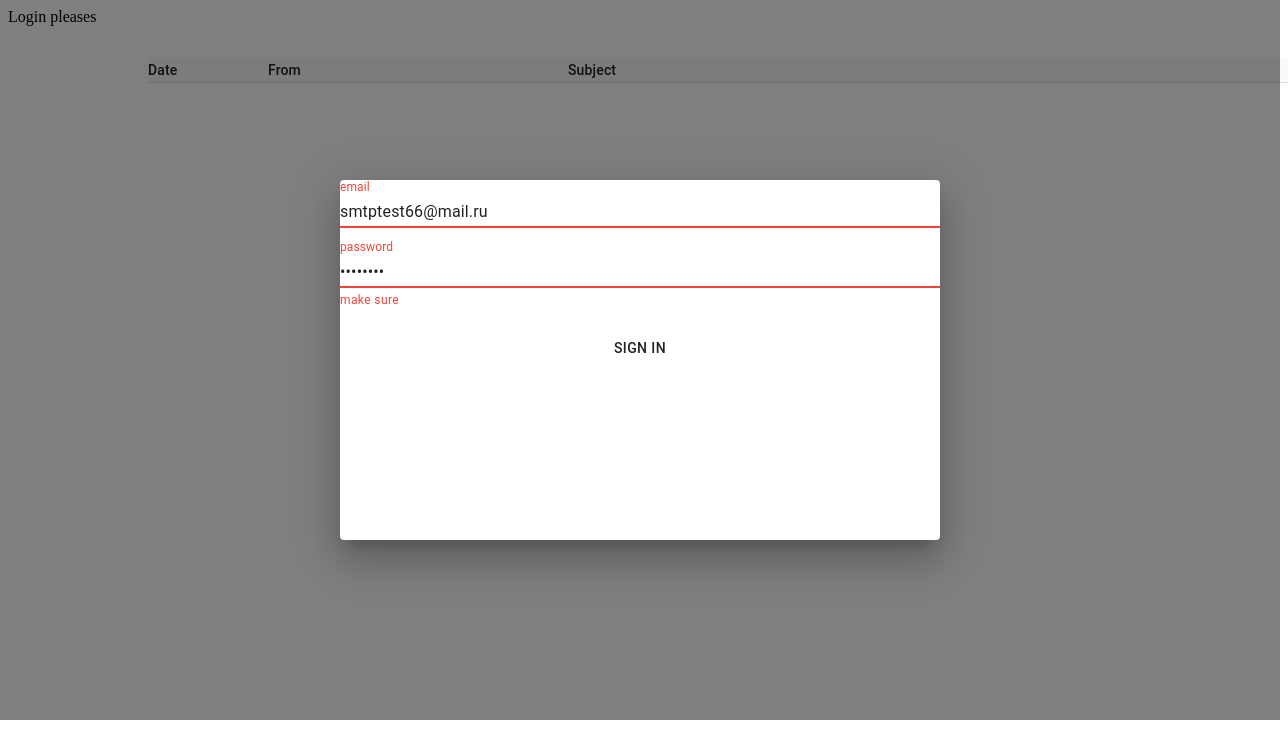
Repository: atakhanovrodion/mailclient
Page: / (app in client/)
An editor plug-in stored every save of this project. The page is shown before and after the next save, followed by the edit.
The browser window is 1280 px wide. The page is 1288 px wide, so the pictures cover 1288 px, including what lies to the right of the window. The pictures show the whole page.
The project was rebuilt for these pictures with package versions that can differ from the ones it lists, and the page was loaded fresh each time. Also part of the build but not shown: client/webpack.config.js.

Above is the page before, as saved 2021-03-16 10:19:46.

### client/src/index.html
<!DOCTYPE html>
<html lang="en">
  <head>
    <title>MAILCLIENT</title>
  </head>
  <body>
    <div id="root"></div>
  </body>
</html>

### client/src/main.tsx
import * as React from "react";
import * as ReactDOM from "react-dom";

//import "normalize.css";
import "./css/main.css";

import BaseLayout from "./components/BaseLayout";

const baseComponent = ReactDOM.render(
  <BaseLayout />,
  document.getElementById("root")
);

### client/src/css/main.css
.appContainer {
  display: grid;
  grid-template-columns: 140px 1fr;
  grid-template-rows: 50px 1fr;
  width: 100vw;
  height: 100vh;
}
.header {
  grid-column: 1 / 3;
}

.listOfMailboxes {
  grid-column: 1 / 2;
  grid-row: 2 / 2;
}

.loginForm {
  display: grid;
  grid-template-columns: 200px 1f;
  grid-template-rows: 60px 90px 1fr;
}

### client/src/components/BaseLayout.tsx
import * as React from "react";
import Login from "./Login";
import * as api from "../api";
import Header from "./Header";
import ListOfMailboxes from "./ListOfMailboxes";
import ListOfMessages from "./ListOfMessages";
import WaitView from "./WaitView";
type MyState = {
  isAuth: false;
  loginEmail: string;
  loginPassword: string;
  currenEmail: string;
  currentPassword: string;
  listOfMailboxes: api.IMailbox[];
  listOfMessages: api.IMessage[];
  currentHost: string;
  currentMailboxList: [];
  currentMessageBody: string;
  currentMailbox: string;
  waitState: boolean;
};

class BaseLayout extends React.Component {
  constructor(props: any) {
    super(props);
    this.handleInput = this.handleInput.bind(this);
    this.tryAuth = this.tryAuth.bind(this);
    this.signOut = this.signOut.bind(this);
    this.getMailbox = this.getMailbox.bind(this);
    this.getMessage = this.getMessage.bind(this);
  }
  state: MyState = {
    isAuth: false,
    loginEmail: "smtptest66@mail.ru",
    loginPassword: "imap1488",
    currenEmail: "undefined",
    currentPassword: "",
    listOfMailboxes: [],
    listOfMessages: [],
    currentHost: "",
    currentMailboxList: [],
    currentMessageBody: "",
    currentMailbox: "INBOx",
    waitState: false,
  };
  render() {
    return (
      <div>
        <Login
          onSubmit={this.tryAuth}
          onChange={this.handleInput}
          isOpen={this.state.isAuth}
          user={this.state.loginEmail}
          pass={this.state.loginPassword}
        />
        <WaitView state={this.state.waitState} />

        <div className="appContainer">
          <div className="header">
            <Header
              onClick={this.signOut}
              currentEmail={this.state.currenEmail}
              isAuth={this.state.isAuth}
            />
          </div>
          <div className="listOfMailboxes">
            <ListOfMailboxes
              mailboxes={this.state.listOfMailboxes}
              onClick={this.getMailbox}
            />
          </div>
          <div className="centerArea">
            {" "}
            <ListOfMessages
              messages={this.state.listOfMessages}
              onClick={this.getMessage}
            />
            {this.state.currentMessageBody}{" "}
          </div>
        </div>
      </div>
    );
  }

  handleInput(e: any): void {
    const target: string = e.target.id;
    this.setState({ [target]: e.target.value });
  }

  async tryAuth(): Promise<void> {
    let domain: string = findDomain(this.state.loginEmail);
    const info: api.IAuthInfo = {
      user: this.state.loginEmail,
      password: this.state.loginPassword,
      host: "imap." + domain,
      port: 993,
    };
    this.setState({
      waitState: true,
    });
    const apiWorker = new api.Worker();
    if ((await apiWorker.tryAuth(info)) == "succes") {
      const data = {
        loginEmail: "",
        loginPassword: "",
        isAuth: true,
        currenEmail: this.state.loginEmail,
        currentPassword: this.state.loginPassword,
        currentHost: domain,
      };
      this.setState(data);
      console.log(this.state);
      this.getListOfMailboxes();
      //TODO
      this.getMailbox("INBOx");
    }
    this.setState({ loginEmail: "", loginPassword: "", waitState: false });
  }

  async getListOfMailboxes(): Promise<void> {
    this.setState({
      waitState: true,
    });
    const apiWorker = new api.Worker();
    const mailboxes = await apiWorker.listOfMailboxes();
    this.setState({ listOfMailboxes: mailboxes, waitState: false });
  }

  async getMailbox(path: string): Promise<void> {
    this.setState({
      waitState: true,
    });
    const apiWorker: api.Worker = new api.Worker();
    const messages: api.IMessage[] = await apiWorker.getMailbox(path);
    this.setState({
      listOfMessages: messages,
      currentMailbox: path,
      waitState: false,
    });
    console.log(this.state);
  }

  async getMessage(message: api.IMessage): Promise<void> {
    this.setState({
      waitState: true,
    });
    const apiWorker: api.Worker = new api.Worker();
    const messageBody: string = await apiWorker.getMessage(
      this.state.currentMailbox,
      message.id.toString()
    );
    this.setState({
      currentMessageBody: messageBody,
      waitState: false,
    });
  }

  signOut(): void {
    this.setState({
      isAuth: false,
      listOfMailboxes: [],
      listOfMessages: [],
    });
  }
}
export default BaseLayout;

//TODO
//email validation
function findDomain(address: string): string {
  let i = 0;
  let domain = "";
  while (i < address.length) {
    if (address[i] == "@") {
      if (address[i + 1]) {
        let j = i + 1;
        while (j < address.length) {
          domain += address[j];
          j++;
        }
      }
    }
    i++;
  }
  return domain;
}

### client/src/components/Login.tsx
import React from "react";
import { withStyles } from "@material-ui/styles";
import Dialog from "@material-ui/core/Dialog";
import TextField from "@material-ui/core/TextField";
import Button from "@material-ui/core/Button";

type Props = {
  onSubmit: any;
  onChange: any;
  isOpen: boolean;
  user: string;
  pass: string;
  classes: any;
};

const styles = {
  dialogPaper: {
    minHeight: "50vh",
    maxHeight: "80vh",
  },
};

const Login: React.FC<Props> = ({
  onSubmit,
  onChange,
  isOpen,
  user,
  pass,
  classes,
}) => {
  return (
    <Dialog
      open={!isOpen}
      disableBackdropClick={true}
      disableEscapeKeyDown={true}
      fullWidth={true}
      classes={{ paper: classes.dialogPaper }}
    >
      <form className="loginForm">
        <TextField
          id="loginEmail"
          onChange={onChange}
          label="email"
          value={user}
          error={true}
        />
        <TextField
          id="loginPassword"
          onChange={onChange}
          label="password"
          type="password"
          value={pass}
          error={true}
          helperText={"make sure "}
        />
        <Button onClick={onSubmit}>Sign in</Button>
      </form>
    </Dialog>
  );
};

export default withStyles(styles)(Login);

### client/src/api.ts
import axios, { AxiosResponse } from "axios";

export interface IAuthInfo {
  host: string;
  port: number;
  user: string;
  password: string;
}
export interface IMailbox {
  name: string;
  path: string;
}
export interface IMessage {
  id: number;
  from: string;
  subject: string;
  date: string;
  body?: string;
}

export class Worker {
  public async tryAuth(info: IAuthInfo): Promise<string> {
    const response: AxiosResponse = await axios.post(
      "http://localhost:3001/auth",
      info
    );
    return response.data;
  }
  public async listOfMailboxes(): Promise<IMailbox[]> {
    const response: AxiosResponse = await axios.get(
      "http://localhost:3001/mailboxes"
    );
    return response.data;
  }
  public async getMailbox(mailbox: string): Promise<IMessage[]> {
    const response: AxiosResponse = await axios.get(
      `http://localhost:3001/mailboxes/${mailbox}`
    );
    return response.data;
  }
  public async getMessage(mailbox: string, id: string): Promise<string> {
    const response: AxiosResponse = await axios.get(
      `http://localhost:3001/mailboxes/${mailbox}/${id}`
    );
    return response.data;
  }
}

### client/src/components/Header.tsx
import React from "react";
import Button from "@material-ui/core/Button";
type Props = {
  onClick: any;
  currentEmail: string;
  isAuth: boolean;
};

const Header: React.FC<Props> = ({ onClick, currentEmail, isAuth }) => {
  return (
    <div>
      {isAuth == true ? (
        <div>
          Your email:{currentEmail}
          <Button onClick={onClick}>Sign out</Button>
        </div>
      ) : (
        <div>Login pleases </div>
      )}
    </div>
  );
};
export default Header;

### client/src/components/ListOfMailboxes.tsx
import React from "react";
import { IMailbox } from "../api";
import Chip from "@material-ui/core/Chip";
import List from "@material-ui/core/List";
type Props = {
  mailboxes: IMailbox[];
  onClick: any;
};

const listOfMailboxes: React.FC<Props> = ({ mailboxes, onClick }) => {
  return (
    <List>
      {mailboxes.map((value) => {
        return (
          <Chip
            onClick={() => {
              onClick(value.path);
            }}
            label={`${value.name}`}
          />
        );
      })}
    </List>
  );
};
export default listOfMailboxes;

### client/src/components/ListOfMessages.tsx
import React from "react";
import { IMessage } from "../api";

import Table from "@material-ui/core/Table";
import TableBody from "@material-ui/core/TableBody";
import TableCell from "@material-ui/core/TableCell";
import TableHead from "@material-ui/core/TableHead";
import TableRow from "@material-ui/core/TableRow";

type Props = {
  messages: IMessage[];
  onClick: any;
};

const ListOfMessages: React.FC<Props> = ({ messages, onClick }) => (
  <Table stickyHeader padding="none">
    <TableHead>
      <TableRow>
        <TableCell style={{ width: 120 }}>Date</TableCell>
        <TableCell style={{ width: 300 }}>From</TableCell>
        <TableCell>Subject</TableCell>
      </TableRow>
    </TableHead>
    <TableBody>
      {messages.map((message) => (
        <TableRow
          onClick={() => {
            onClick(message);
          }}
          key={message.id}
        >
          <TableCell>{new Date(message.date).toLocaleDateString()}</TableCell>
          <TableCell>{message.from}</TableCell>
          <TableCell>{message.subject}</TableCell>
        </TableRow>
      ))}
    </TableBody>
  </Table>
); /* Mailboxes. */

export default ListOfMessages;

### client/src/components/WaitView.tsx
import React from "react";

import Dialog from "@material-ui/core/Dialog";
import DialogContent from "@material-ui/core/DialogContent";
import DialogContentText from "@material-ui/core/DialogContentText";

type Props = {
  state: boolean;
};

const WaitView: React.FC<Props> = ({ state }) => {
  return (
    <Dialog
      open={state}
      disableBackdropClick={true}
      disableEscapeKeyDown={true}
      transitionDuration={0}
    >
      <DialogContent>
        <DialogContentText>Please wait...</DialogContentText>
      </DialogContent>
    </Dialog>
  );
};

export default WaitView;

After the next save:
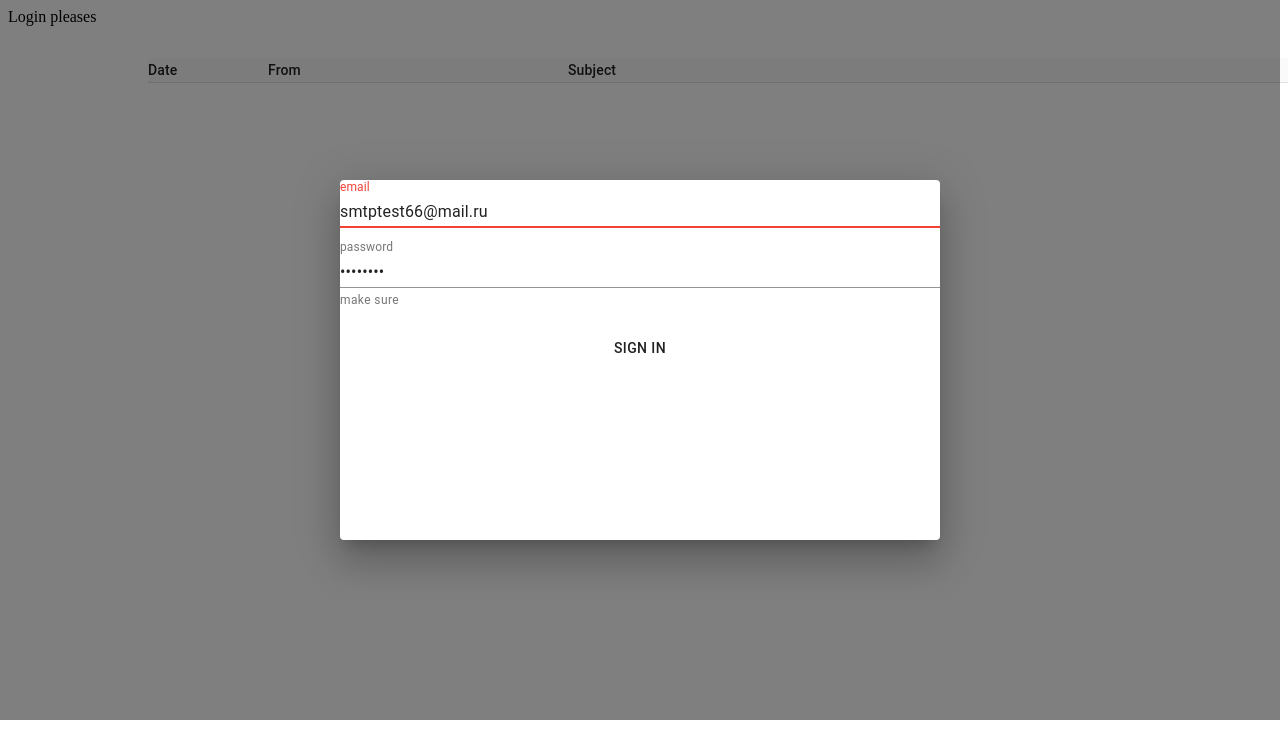
Saved 15 s later.
--- a/client/src/components/Login.tsx
+++ b/client/src/components/Login.tsx
@@ -50,7 +50,7 @@
           label="password"
           type="password"
           value={pass}
-          error={true}
+          error={false}
           helperText={"make sure "}
         />
         <Button onClick={onSubmit}>Sign in</Button>

After the 4 saves that followed:
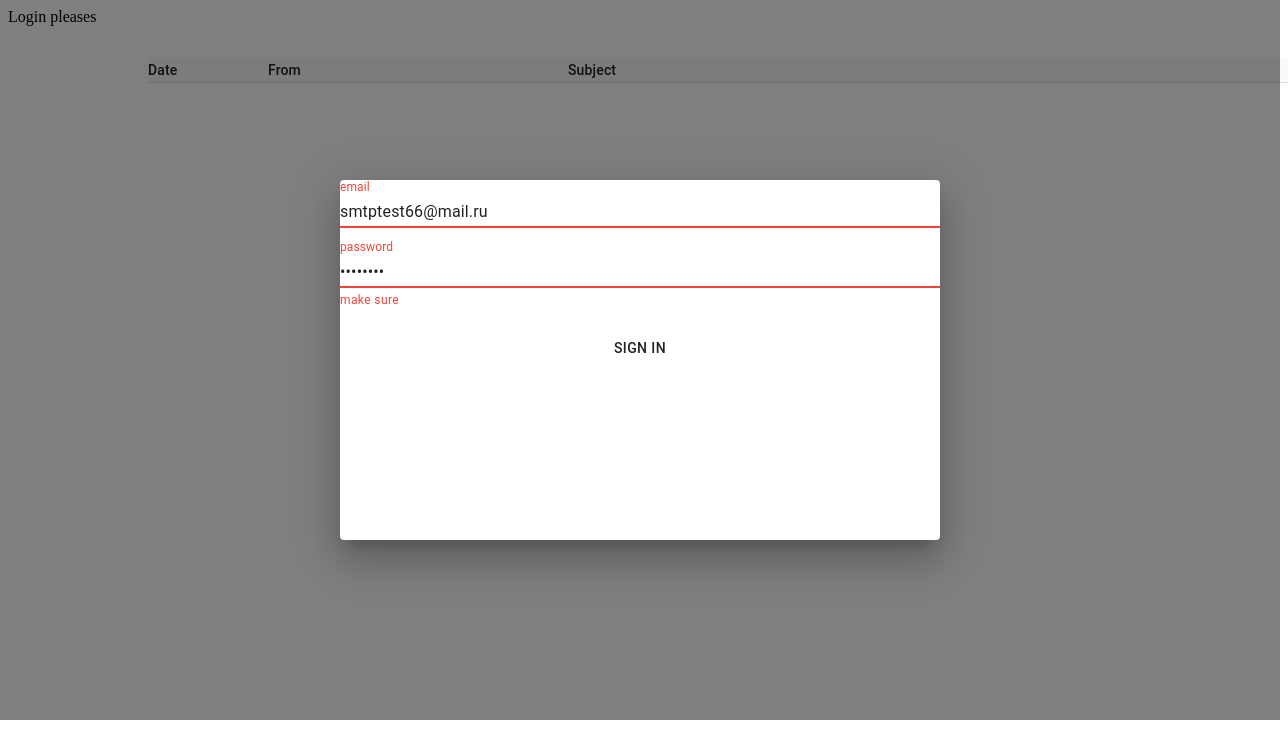
The 4 saves are shown as one change because 3 left the picture as it was.
The last was saved 5 min 25 s later.
--- a/client/src/components/BaseLayout.tsx
+++ b/client/src/components/BaseLayout.tsx
@@ -17,6 +17,7 @@ type MyState = {
   currentMailboxList: [];
   currentMessageBody: string;
   currentMailbox: string;
+  errorText: string;
   waitState: boolean;
 };
 
@@ -34,13 +35,14 @@ class BaseLayout extends React.Component {
     loginEmail: "smtptest66@mail.ru",
     loginPassword: "imap1488",
     currenEmail: "undefined",
-    currentPassword: "",
-    listOfMailboxes: [],
-    listOfMessages: [],
     currentHost: "",
     currentMailboxList: [],
     currentMessageBody: "",
     currentMailbox: "INBOx",
+    currentPassword: "",
+    listOfMailboxes: [],
+    listOfMessages: [],
+    errorText: "",
     waitState: false,
   };
   render() {
@@ -52,6 +54,7 @@ class BaseLayout extends React.Component {
           isOpen={this.state.isAuth}
           user={this.state.loginEmail}
           pass={this.state.loginPassword}
+          errorText={this.state.errorText}
         />
         <WaitView state={this.state.waitState} />
 
--- a/client/src/components/Login.tsx
+++ b/client/src/components/Login.tsx
@@ -11,6 +11,7 @@
   user: string;
   pass: string;
   classes: any;
+  errorText: string;
 };
 
 const styles = {
@@ -27,6 +28,7 @@
   user,
   pass,
   classes,
+  errorText,
 }) => {
   return (
     <Dialog
@@ -42,7 +44,7 @@
           onChange={onChange}
           label="email"
           value={user}
-          error={true}
+          error={errorText === ""}
         />
         <TextField
           id="loginPassword"
@@ -50,7 +52,7 @@
           label="password"
           type="password"
           value={pass}
-          error={false}
+          error={errorText === ""}
           helperText={"make sure "}
         />
         <Button onClick={onSubmit}>Sign in</Button>
